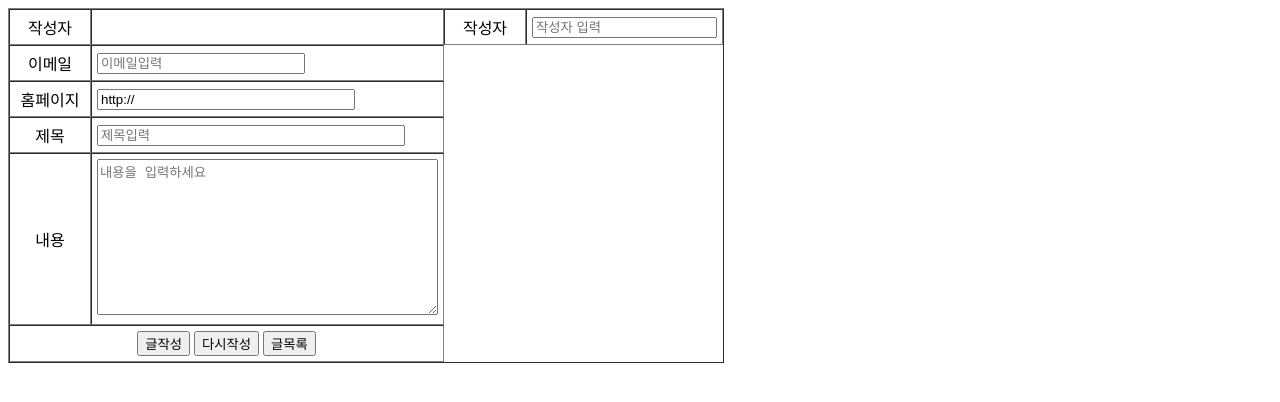
Repository: kimsuel/java-ee-practice
Page: guestbookservlet/WebContent/guestbook/guestbookList.html
An editor plug-in stored every save of this project. The page is shown before and after the next save, followed by the edit.
The browser window is 1280 px wide. The pictures show the whole page.

Above is the page before, as saved 2018-06-20 07:37:02.

After the next save:
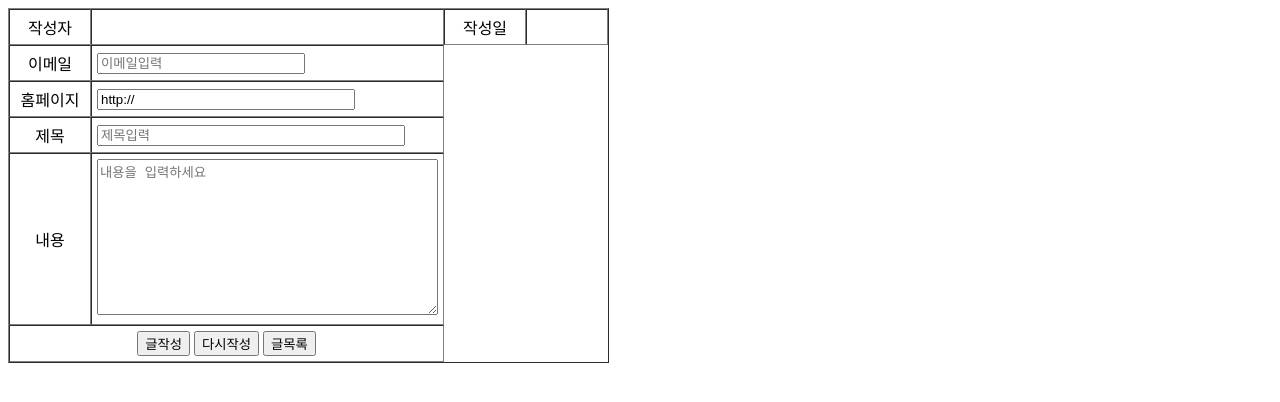
Saved 20 s later.
--- a/guestbookservlet/WebContent/guestbook/guestbookList.html
+++ b/guestbookservlet/WebContent/guestbook/guestbookList.html
@@ -9,8 +9,8 @@
 			<tr>
 				<td width="70" align="center">작성자</td>
 				<td width="70"></td>
-				<td width="70" align="center">작성자</td>
-				<td><input type="text" name="name" placeholder="작성자 입력"></td>
+				<td width="70" align="center">작성일</td>
+				<td width="70"></td>
 			</tr>
 			<tr>
 				<td align="center">이메일</td>
